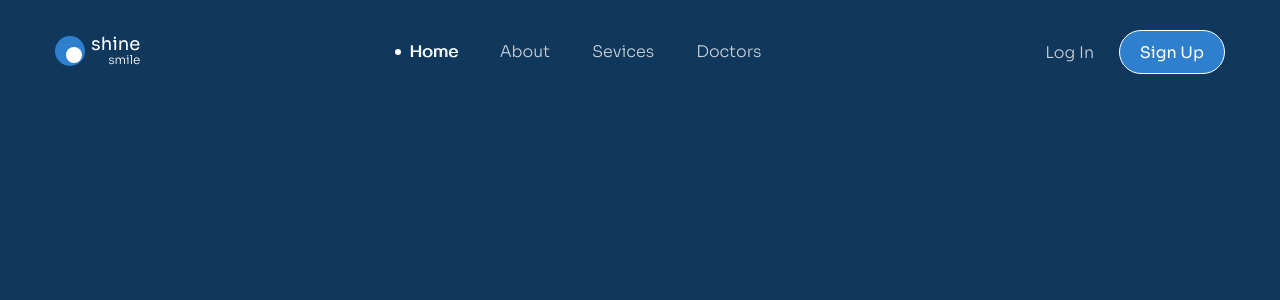
Repository: trungnguyen131/project-03
Page: index.html
The author's editor kept a copy of each file at every save. The page is drawn from the files as they stood at one save, then again after the next save.
The browser window is 1280 px wide. The pictures show the whole page.

Above is the page before, as saved 2024-03-31 16:26:09.

After the next save:
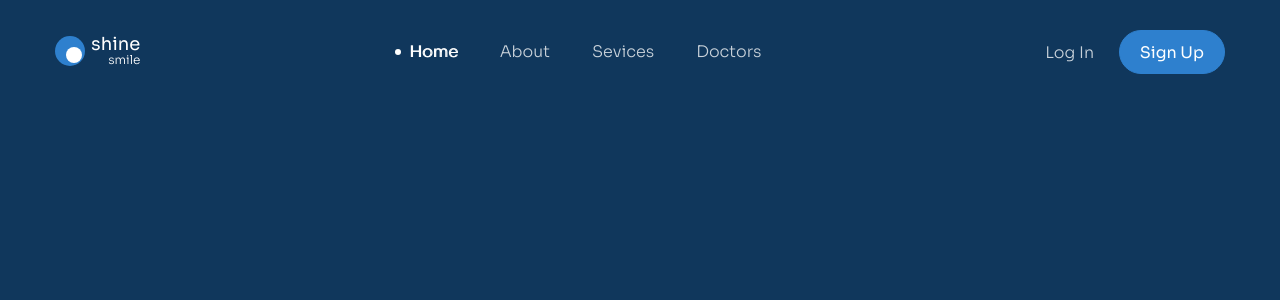
Saved 9 s later.
--- a/assets/css/style.css
+++ b/assets/css/style.css
@@ -39,7 +39,7 @@
     text-align: center;
     font-size: 1.6rem;
     font-weight: 400;
-    border: 1px solid ;
+    border: 1px solid #2E80CE;
 }
 
 .btn:hover {
